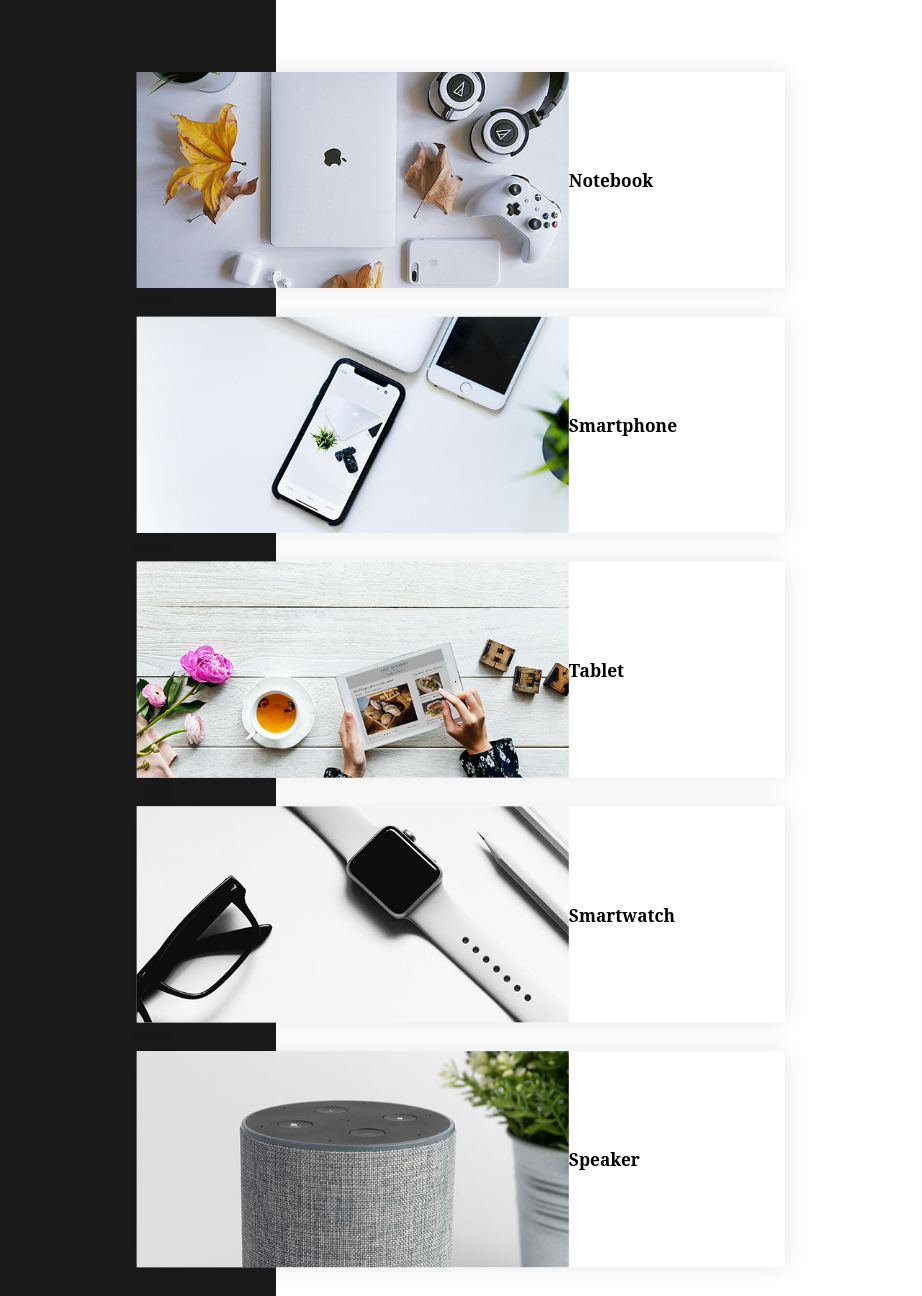
Repository: tomvieir/techno
Page: index.html
An editor plug-in stored every save of this project. The page is shown before and after a run of saves, followed by the edit.
The browser window is 1280 px wide. The pictures show the whole page, at 72% of full size.

Above is the page before, as saved 2022-06-23 15:39:56.

### index.html
<!DOCTYPE html>
<html lang="en">
<head>
  <meta charset="UTF-8">
  <meta name="viewport" content="width=device-width, initial-scale=1.0">
  <meta http-equiv="X-UA-Compatible" content="ie=edge">
  <script src="./vue.min.js"></script>
  <link rel="stylesheet" href="./style.css">
  <title>Techno</title>
</head>
<body>
  <div id="app">

    <section class="produtos">
      <div class="produto" v-for="produto in produtos" :key="produto.id">
        <img :src="produto.img" :alt="produto.nome">
        <div>
          <span class="produto_preco">{{produto.preco |  formatarPreco}}</span>

          <h2>{{produto.nome}}</h2>

        </div>


      </div>

    </section>

  </div>

  <script src="./app.js"></script>
</body>
</html>

### style.css
body, h1, h2, ul, li {
    padding: 0px;
    margin: 0px;
  }

  ul {
    list-style: none;
  }

  * {
    box-sizing: border-box;
  }

  body {
    background: linear-gradient(to right, #1a1a1a 30%, #ffffff 30%);
    font-family: "Noto Serif";
  }

  #app {
    padding: 0 80px;
  }

  /* LISTA PRODUTOS */

  .produtos {
    max-width: 900px;
    margin: 100px auto 0 auto;
  }

  .produto {
    display: flex;
    align-items: center;
    margin-bottom: 40px;
    background: #ffffff;
    box-shadow: 0 0 2rem rgba(0,0,0,.1);
  }

  .produto_img {
    max-width: 300px;
    margin-right: 40px;
  }

  .produto_titulo {
    font-size: 3rem;
    line-height: 1;
  }

  .produto_preco {
    color: rgba(0,0,0,.5);
  }

### app.js
const vm = new Vue({
  el: "#app",
  data: {
    produtos: []
  },
  methods: {
    fetchProdutos() {
      fetch("./api/produtos.json")
        .then(r => r.json())
        .then(r => {
          this.produtos = r;
        })


    }
  },

  filters: {
    formatarPreco(preco) {
      return preco.toLo
    }
  },

  created() {
    this.fetchProdutos();
  }
})

### api/produtos.json
[
  {
    "id": "notebook",
    "nome": "Notebook",
    "preco": 2999,
    "img": "./api/produtos/notebook/notebook.jpg"
  },
  {
    "id": "smartphone",
    "nome": "Smartphone",
    "preco": 1299,
    "img": "./api/produtos/smartphone/smartphone.jpg"
  },
  {
    "id": "tablet",
    "nome": "Tablet",
    "preco": 899,
    "img": "./api/produtos/tablet/tablet.jpg"
  },
  {
    "id": "smartwatch",
    "nome": "Smartwatch",
    "preco": 899,
    "img": "./api/produtos/smartwatch/smartwatch.jpg"
  },
  {
    "id": "speaker",
    "nome": "Speaker",
    "preco": 899,
    "img": "./api/produtos/speaker/speaker.jpg"
  }
]

Loaded but not shown: vue.min.js (library)

After the next 4 saves:
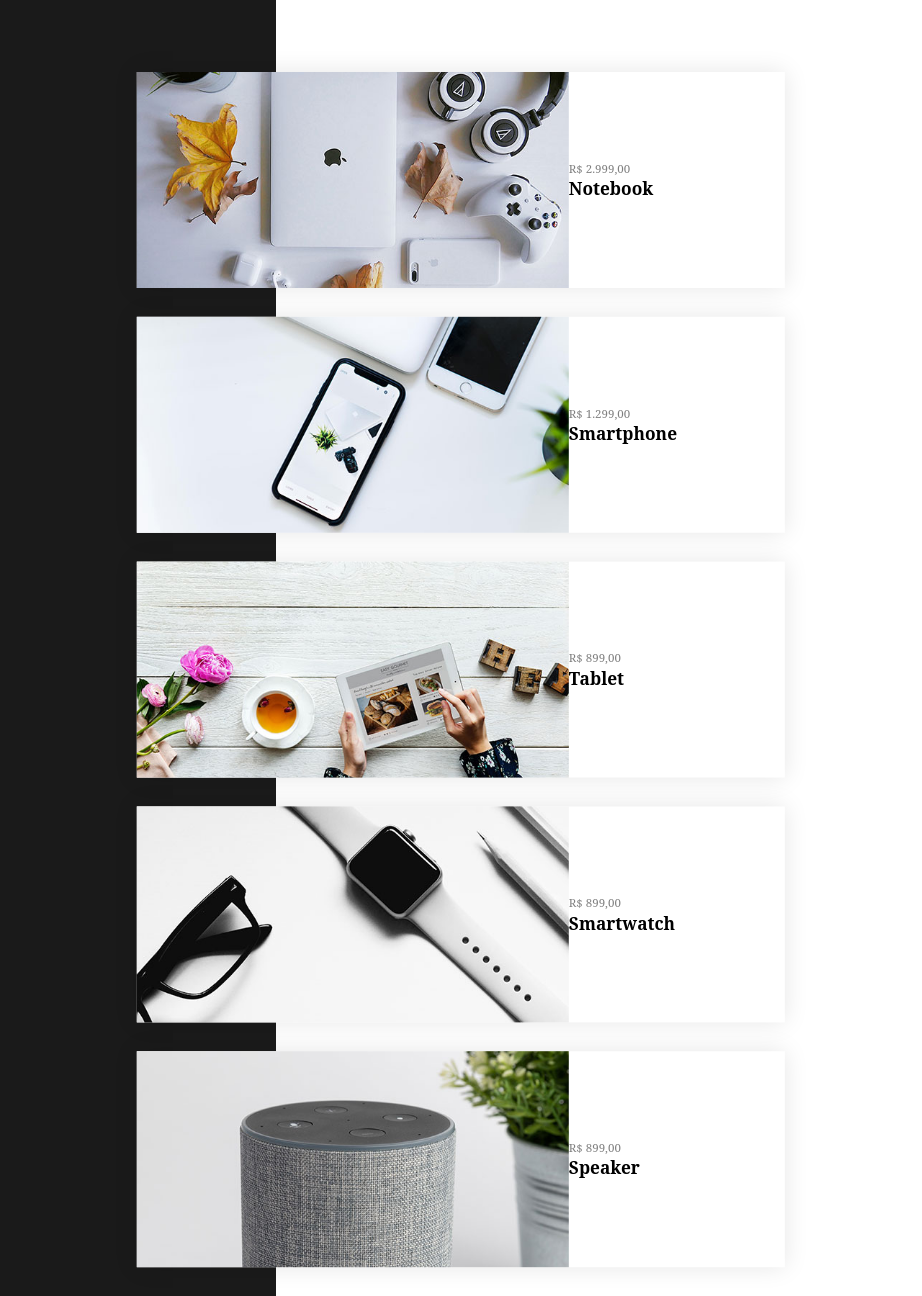
The 4 saves are shown as one change because they came seconds apart.
The last was saved 9 s later.
--- a/app.js
+++ b/app.js
@@ -17,7 +17,11 @@
 
   filters: {
     formatarPreco(preco) {
-      return preco.toLo
+      return preco.toLocaleString("pt-BR", {
+        style: "currency",
+        currency: "BRL",
+        minimumFractionDigits: 2
+      });
     }
   },
 
